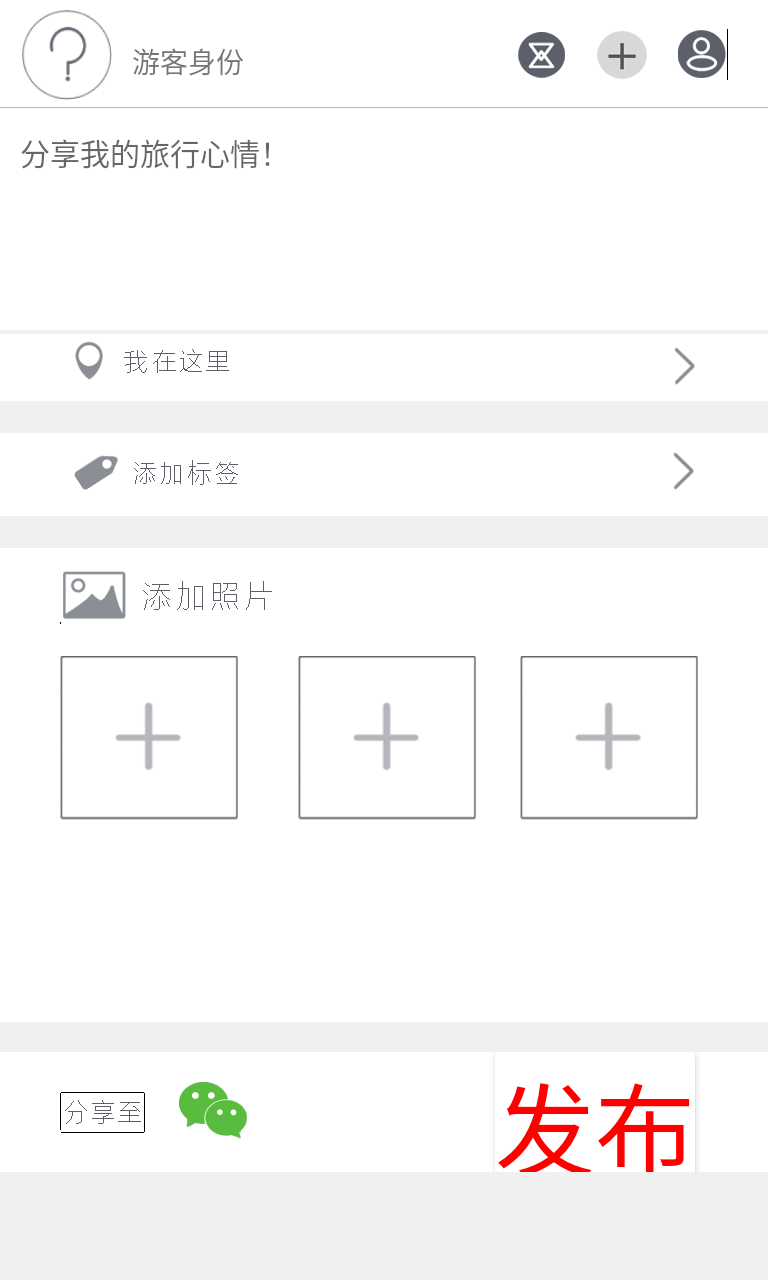
Repository: MinoyJet/Amoy
Layout: beta5/res/layout/sq_fatie.xml
An editor plug-in stored every save of this project. The layout is shown before and after the next save, followed by the edit.
It is drawn on a 768 x 1280 px phone screen (xhdpi) without system bars, with theme AppTheme; the app's code is not run.

Above is the layout before, as saved 2015-04-25 09:06:01.

After the next save:
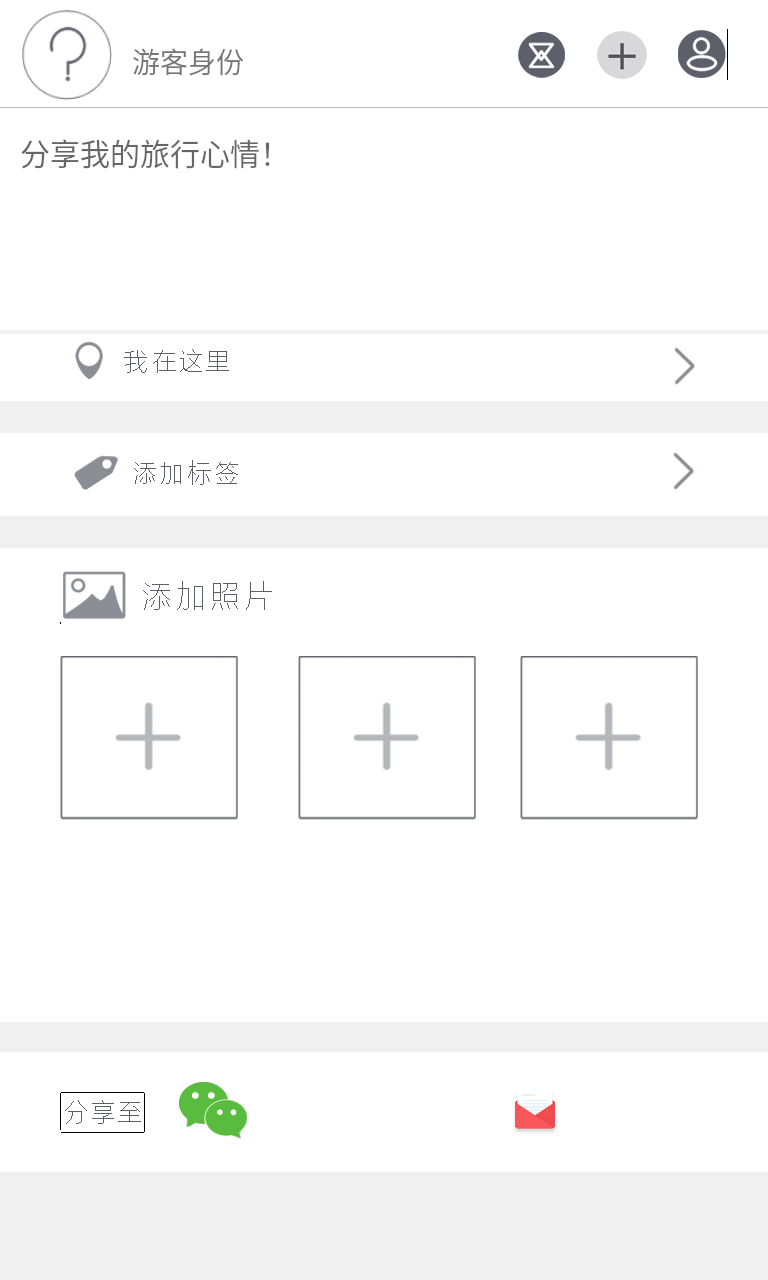
Saved 12 min 41 s later.
--- a/beta5/res/layout/sq_fatie.xml
+++ b/beta5/res/layout/sq_fatie.xml
@@ -172,17 +172,14 @@
             android:layout_marginLeft="10dp"
             android:background="@drawable/weixin"/>
 
-        <Button
+        <ImageButton
             android:id="@+id/button1"
-            android:layout_width="wrap_content"
-            android:layout_height="wrap_content"
-            android:textColor="#FF0000"
-            android:background="#FFFFFF"
-            android:textSize="50dp"
-            android:onClick="quanzi"
+            android:layout_width="40dp"
+            android:layout_height="40dp"
             android:layout_marginLeft="120dp"
-            android:layout_gravity="center_horizontal"
-            android:text="发布" />
+            android:layout_marginTop="10dp"
+            android:background="@drawable/fabu"
+            android:onClick="quanzi" />
 
     </LinearLayout>
 </LinearLayout>

After the save that followed:
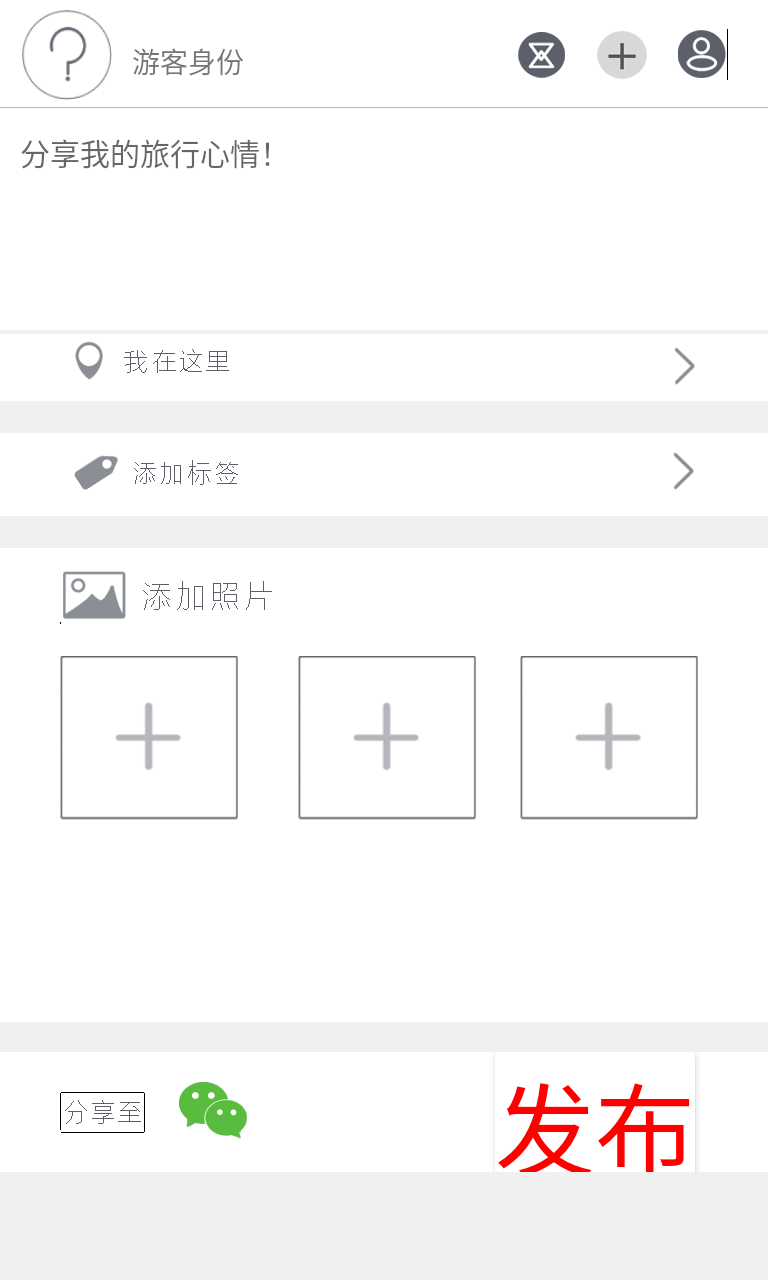
Saved 4 min 17 s later.
--- a/beta5/res/layout/sq_fatie.xml
+++ b/beta5/res/layout/sq_fatie.xml
@@ -172,13 +172,15 @@
             android:layout_marginLeft="10dp"
             android:background="@drawable/weixin"/>
 
-        <ImageButton
+        <Button
             android:id="@+id/button1"
-            android:layout_width="40dp"
-            android:layout_height="40dp"
+            android:layout_width="wrap_content"
+            android:layout_height="wrap_content"
             android:layout_marginLeft="120dp"
-            android:layout_marginTop="10dp"
-            android:background="@drawable/fabu"
+            android:background="#ffffff"
+            android:textColor="#FF0000"
+            android:text="发布"
+            android:textSize="50dp"
             android:onClick="quanzi" />
 
     </LinearLayout>
